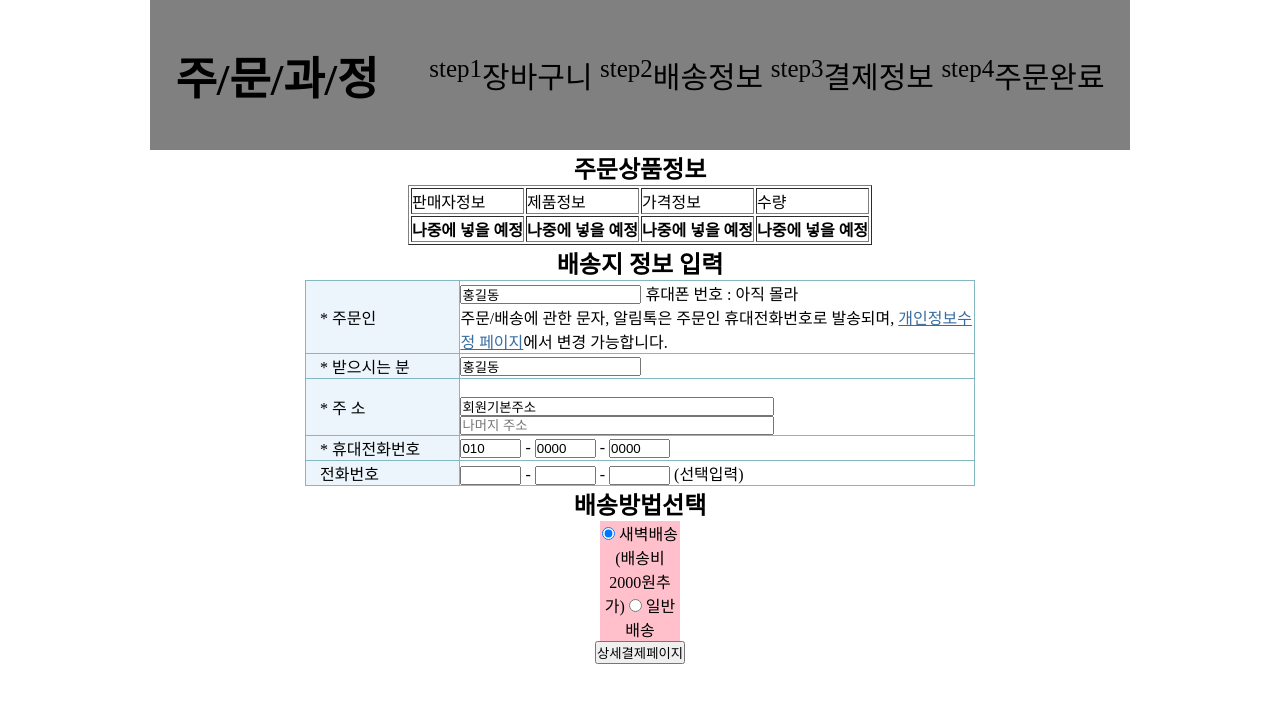
Repository: kym-1000/book
Page: http://localhost/book/WEB-INF/views/home.jsp
These files come from the project's save history. The page is drawn as it stood at one moment and after the next save; the edit follows.
The browser window is 1280 px wide. The pictures show the whole page.
The page is served by Tomcat 9. Nobody is signed in. Other server files are loaded and not shown. The template is opened directly, without the code that normally fills it, so the values that code supplies are empty.

Above is the page before, as saved 2023-01-02 03:26:10.

### book/book/src/main/webapp/WEB-INF/views/home.jsp
<%@ page language="java" contentType="text/html; charset=UTF-8"
    pageEncoding="UTF-8"%>
<%@ taglib uri="http://java.sun.com/jsp/jstl/core" prefix="c" %>
<%@ page session="false" %>

<!DOCTYPE html>
<html>
<head>
<meta charset="UTF-8">
<title>Insert title here</title>
<style type="text/css">


	*{
		margin: auto;
		padding: 0;
		}


	#pagetop{
		margin-left: 150px;
		margin-right: 150px;
	    background-color: grey;
	    font-size: 30px;
		height: 150px;
		display : flex;
	  	/* justify-content : center; */
	  	align-items : center;
		}

	#productinfo{
		margin-left: 150px;
		margin-right: 150px;
		display : flex;
		align-items : center;
		}

	#DefaultAddr{
		margin-left: 150px;
		margin-right: 150px;
		display : flex;
		align-items : center;
		}

	#productprice{
		margin-left: 600px;
		margin-right: 600px;
		display : flex;
		align-items : center;
		border: 1 solid;
		background-color: pink;
		text-align: center;
	}

	#btn{
		text-align: center;
		align-items : center;
		display : flex;
	}



</style>
</head>
<body>

	<div id="pagetop">
		<h2 style="text-align: left;">
			주/문/과/정
		</h2>
		<div style="text-align: right;">
		<sup>step1</sup>장바구니 <sup>step2</sup>배송정보 <sup>step3</sup>결제정보 <sup>step4</sup>주문완료
		</div>
	</div>

		<h2 style="text-align: center;">
			주문상품정보
		</h2>

	<div id="productinfo">
		<table border="1">
			<tr>
				<td>판매자정보</td>
				<td>제품정보</td>
				<td>가격정보</td>
				<td>수량</td>
			</tr>
			<tr>
				<th>나중에 넣을 예정</td>
				<th>나중에 넣을 예정</td>
				<th>나중에 넣을 예정</td>
				<th>나중에 넣을 예정</td>
			</tr>
		</table>
	</div>

	<h2 style="text-align: center;">배송지 정보 입력</h2>

	<form action="#" method="post">

		<div id="DefaultAddr">
			<table id="Table1" cellspacing="1" cellpadding="3" width="670" bgcolor="#83b8c2" border="0" align="center">
				<tbody>
				<tr>
					<td class="popup" align="left" width="23%" bgcolor="#edf5fc" style="padding-left:14px;"><span class="warning">* </span>주문인</td>
					<td bgcolor="#ffffff">
						<input type="text" name="OrdererName" class="form" value="홍길동" maxlength="20">

						 휴대폰 번호 : 아직 몰라 <br>주문/배송에 관한 문자, 알림톡은 주문인 휴대전화번호로 발송되며,  <a style="color:#386da1" href="#" target="_blank">개인정보수정 페이지</a>에서 변경 가능합니다.

					</td>
				</tr>
				<tr>
					<td class="popup" align="left" width="23%" bgcolor="#edf5fc" style="padding-left:14px;"><span class="warning">* </span>받으시는 분</td>
					<td bgcolor="#ffffff"><input class="form" type="text" maxlength="20" value="홍길동" name="ReceiverName">

					</td>
				</tr>

				<tr>
					<td class="popup" align="left" width="23%" bgcolor="#edf5fc" style="padding-left:14px;"><span class="warning">*</span>
						주 소</td>
					<td bgcolor="#ffffff">

							<br>
							<input type="text" id="Address1" name="Address1" class="form" style="width:310px" maxlength="50" readonly="readonly" value="회원기본주소">
							<br>
							<input type="text" id="Address2" name="Address2" class="form" style="width:310px" maxlength="100" value="" placeholder="나머지 주소">

					</td>
				</tr>
				<tr>
					<td class="popup" align="left" width="23%" bgcolor="#edf5fc" style="padding-left:14px;"><span class="warning">* </span>휴대전화번호</td>
					<td bgcolor="#ffffff">
					<input class="form" type="text" maxlength="4" size="5" name="Hp1" value="010"> -
					 <input class="form" type="text" maxlength="4" size="5" name="Hp2" value="0000"> -
					  <input class="form" type="text" maxlength="4" size="5" name="Hp3" value="0000">


					</td>
				</tr>
				<tr>
					<td class="popup" align="left" width="23%" bgcolor="#edf5fc" style="padding-left:14px;">
						전화번호</td>
					<td bgcolor="#ffffff">
					<input class="form" type="text" maxlength="4" size="5" name="Tel1" value=""> -
					 <input class="form" type="text" maxlength="4" size="5" name="Tel2" value=""> -
					  <input class="form" type="text" maxlength="4" size="5" name="Tel3" value=""> (선택입력)</td>
				</tr>
				</tbody></table>
		</div>

		<h2 style="text-align: center;">배송방법선택</h2>

		<div id="productprice" style="text-align: center;">
			<fieldset style="border: none;">
			  <label>
			    <input type="radio" name="contact" value="dawn" checked />
			    <span>새벽배송(배송비2000원추가)</span>
			  </label>

			  <label>
			    <input type="radio" name="contact" value="normal" />
			    <span>일반배송</span>
			  </label>
			</fieldset>

		</div>

		<button type="submit" id="btn" >상세결제페이지</button>

		</form>













</body>
</html>

After the next save:
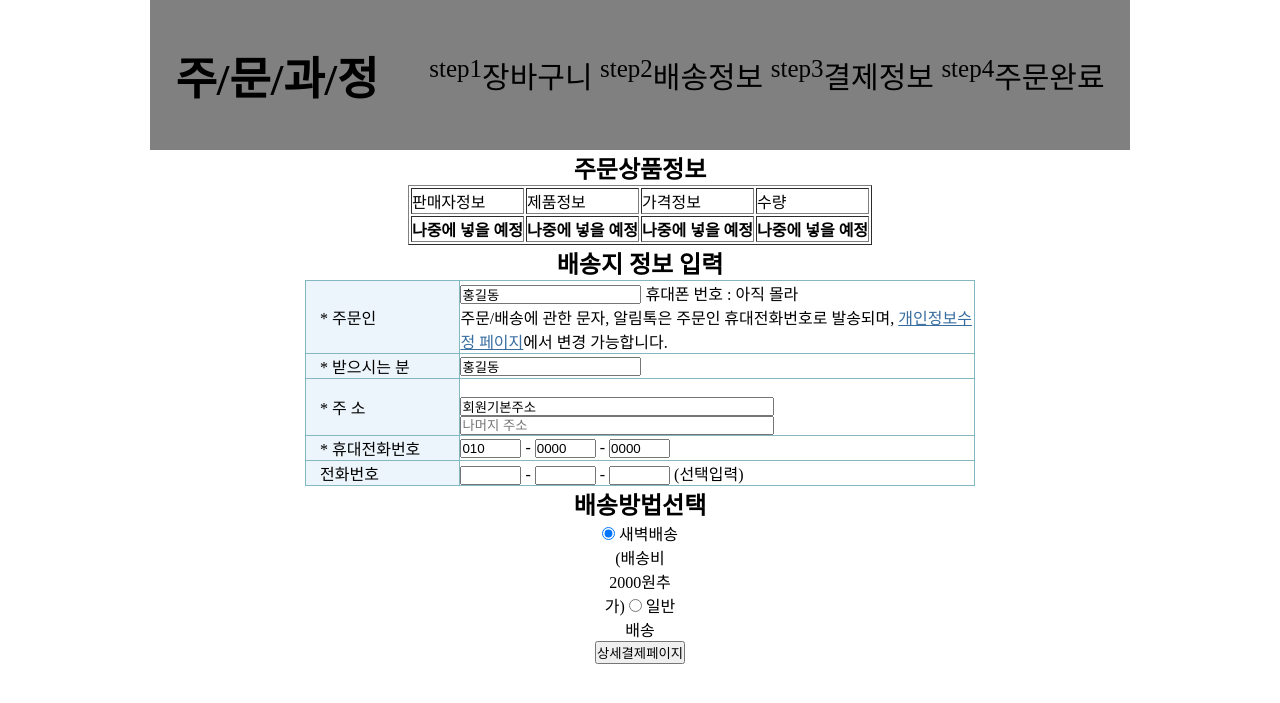
Saved 26 s later.
--- a/book/book/src/main/webapp/WEB-INF/views/home.jsp
+++ b/book/book/src/main/webapp/WEB-INF/views/home.jsp
@@ -48,7 +48,6 @@
 		display : flex;
 		align-items : center;
 		border: 1 solid;
-		background-color: pink;
 		text-align: center;
 	}
 
